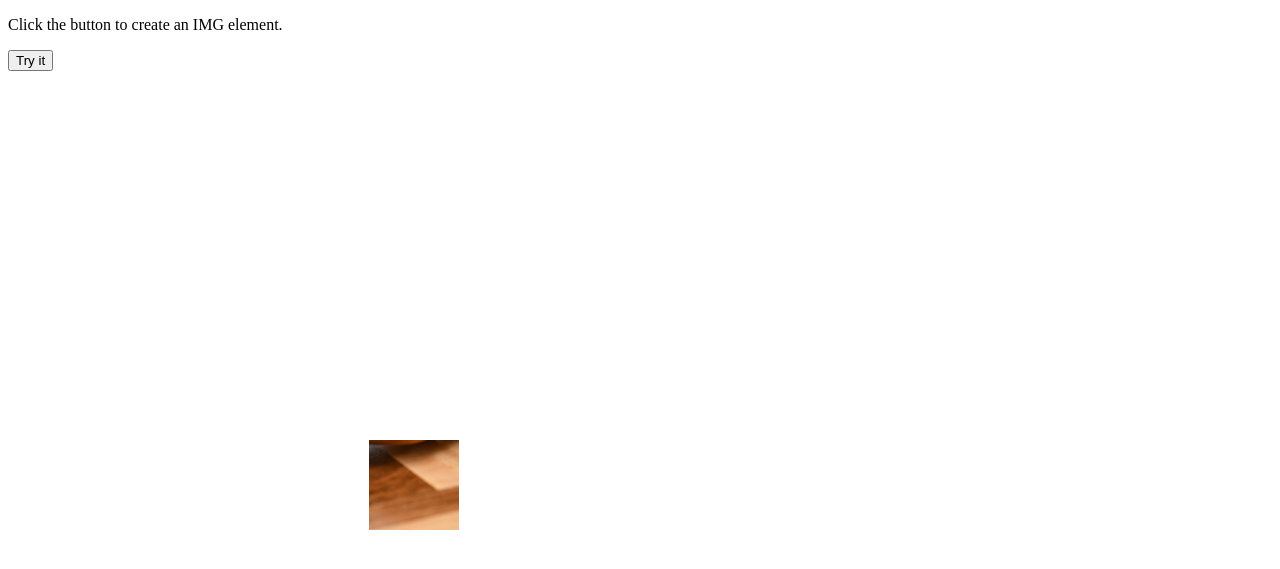
Repository: rashmikagamage/puzzle-vanila-js
Page: index.html
These files come from the project's save history. The page is drawn as it stood at one moment and after the next save; the edit follows.
The browser window is 1280 px wide. The pictures show the whole page.

Above is the page before, as saved 2020-08-06 10:03:07.

After the next save:
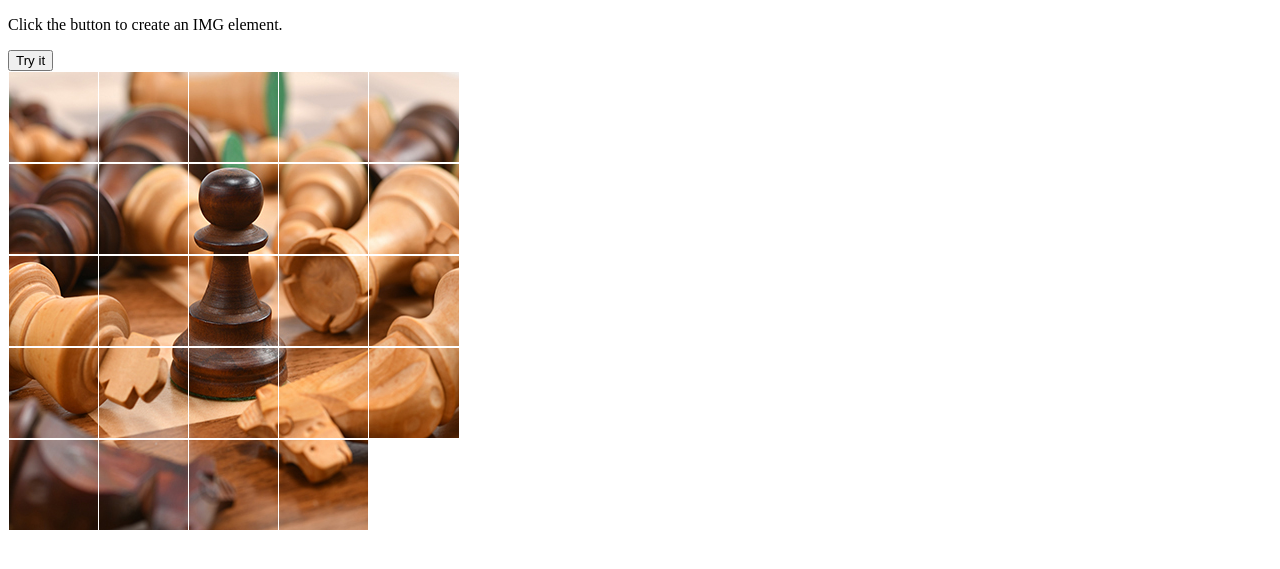
Saved 34 s later.
--- a/function.js
+++ b/function.js
@@ -36,11 +36,11 @@
             console.log(idCount)
             if (idCount == (num * num)) {
                 x.setAttribute("id", "img" + 0);
-                x.style.backgroundImage = "url('./chess.jpg')"
-
+                x.style.backgroundColor = "white";
             } else {
                 x.setAttribute("id", "img" + idCount);
-                x.style.backgroundColor = "white";
+
+                x.style.backgroundImage = "url('./chess.jpg')"
 
             }
             x.style.backgroundPosition = xPosition + "% " + yPosition + "%";
